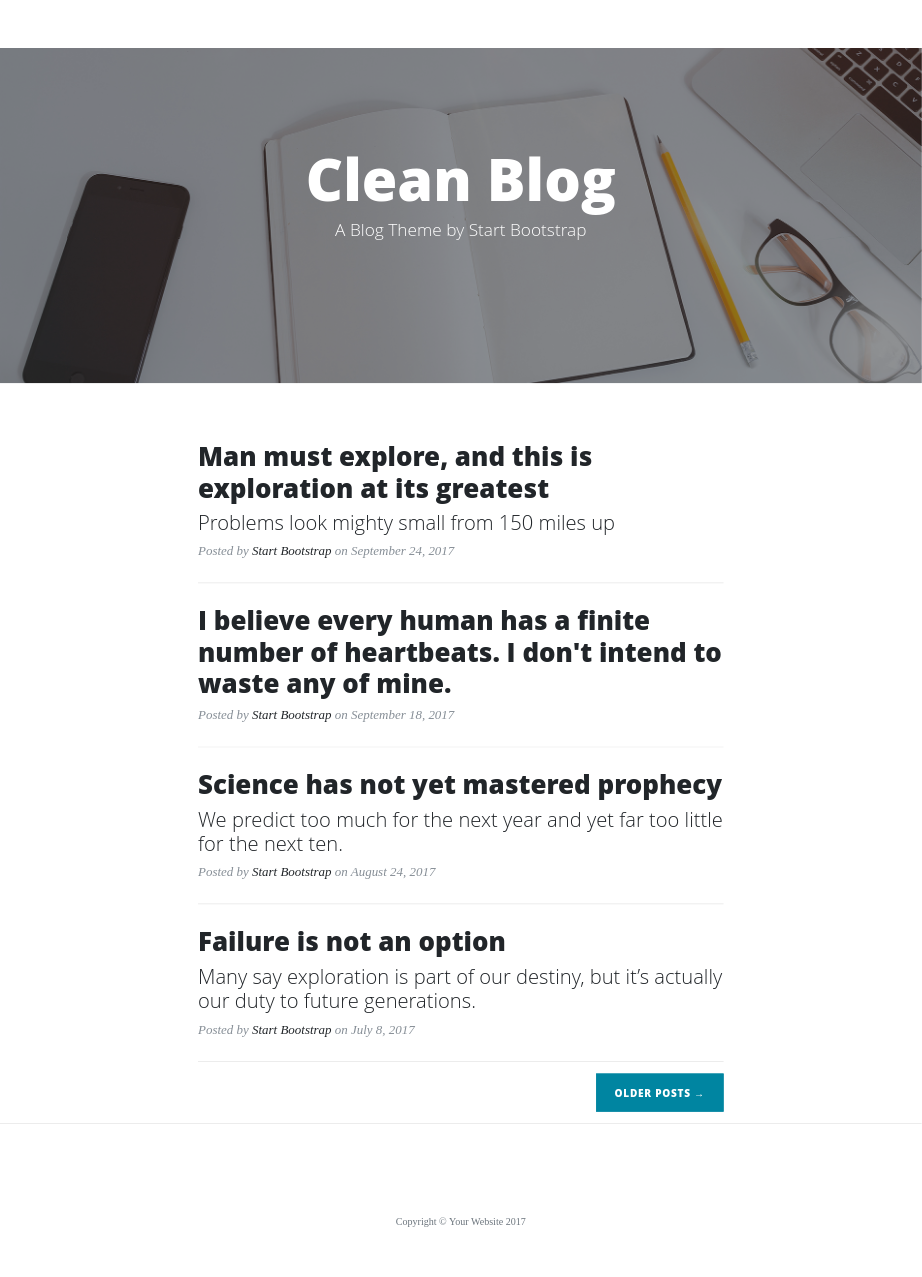
Repository: williamhbcodeinstitute/Flask
Page: http://localhost/
The author's editor kept a record of every edit. The page is drawn from the files as they stood at one moment, then again after the next edit.
The browser window is 1280 px wide. The pictures show the whole page, at 72% of full size.
The page is served by the project's application, run on Flask 3 (run.py).

Above is the page before.

After the next edit:
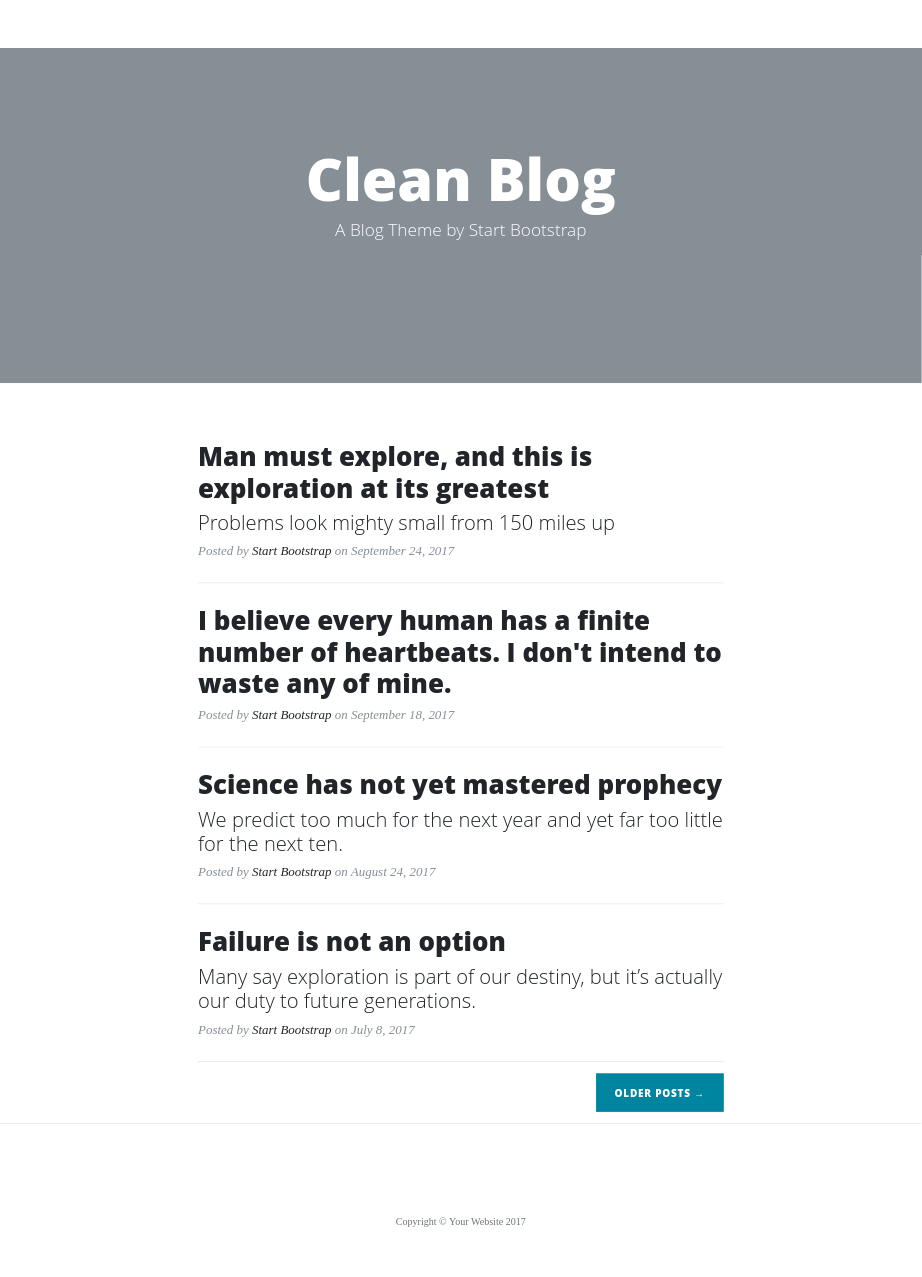
The edit:
--- a/templates/base.html
+++ b/templates/base.html
@@ -38,7 +38,7 @@
     </nav>
 
     <!-- Page Header -->
-    <header class="masthead" style="background-image: url('{{ url_for('static', filename='img/home-bg.jpg') }}">
+    <header class="masthead" style="background-image: url('https://www.deviantart.com/hyper-connected/art/Thorin-Oakenshield-and-company-Book-style-592644991')>
         <div class="overlay"></div>
         <div class="container">
             <div class="row">
